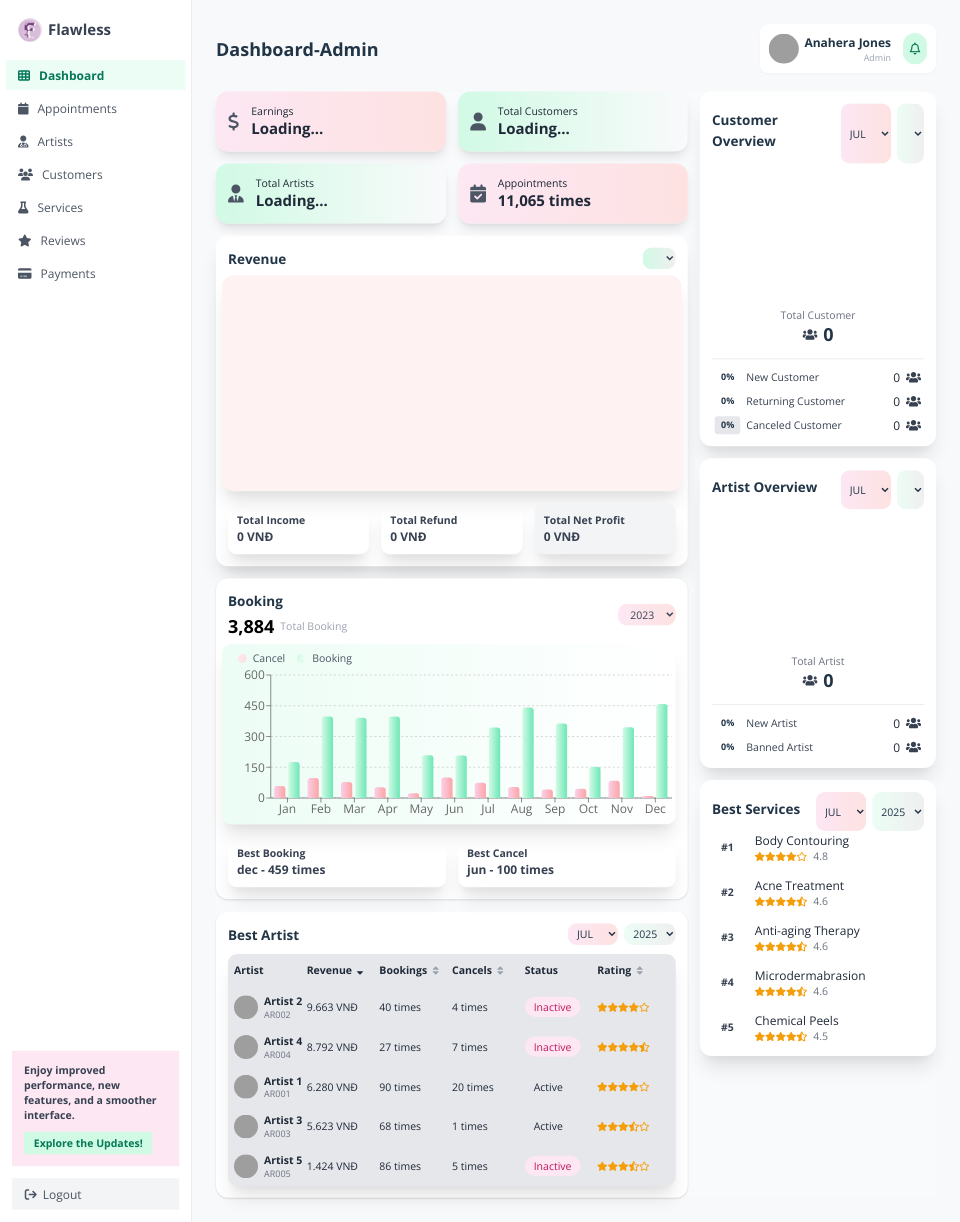
Repository: NguyenNgoQuangHoang/flawless
Page: /dashboard-admin
The author's editor kept a copy of each file at every save. The page is drawn from the files as they stood at one save, then again after the next save.
The browser window is 1280 px wide. The pictures show the whole page, at 75% of full size.
Pictures or frames that could not be fetched are drawn as grey boxes. The project was rebuilt for these pictures with package versions that can differ from the ones it lists, and the page was loaded fresh each time. Also part of the build but not shown: vite.config.ts, src/components/SearchFilterBar.tsx, src/components/CustomerTableRow.tsx, src/components/ItemsPerPageSelector.tsx, src/components/Pagination.tsx, src/components/CustomerTable.tsx, src/pages/Appointments.tsx, src/components/CustomerListTable.tsx and 17 more.

Above is the page before, as saved 2025-07-13 16:22:36.

### index.html
<!doctype html>
<html lang="en">
  <head>
    <meta charset="UTF-8" />
    <link rel="icon" type="image/svg+xml" href="/public/logo-flawless.png" />
    <meta name="viewport" content="width=device-width, initial-scale=1.0" />
    <title>Flawless</title>
    <link href="https://fonts.googleapis.com/css2?family=Allura&display=swap" rel="stylesheet">
    <link rel="stylesheet" href="https://fonts.googleapis.com/css2?family=Open+Sans:wght@400;700&display=swap" />
    <link rel="stylesheet" href="https://cdnjs.cloudflare.com/ajax/libs/font-awesome/6.5.0/css/all.min.css" />
  </head>
  <body>
    <div id="root"></div>
    <script type="module" src="/src/main.tsx"></script>
  </body>
</html>

### src/main.tsx
import { StrictMode } from 'react'
import { createRoot } from 'react-dom/client'
import './index.css'
import App from './App.tsx'
import { Provider } from 'react-redux'
import { store } from './redux/store'

createRoot(document.getElementById('root')!).render(
  <StrictMode>
    <Provider store={store}>
      <App />
    </Provider>
  </StrictMode>,
)

### src/index.css
/* Custom styles can be added below */
@import './styles/global.css';
@tailwind base;
@tailwind components;
@tailwind utilities;


body {
  margin: 0;
  padding: 0;
  width: 100vw;
  min-height: 100vh;
  overflow-x: hidden;
  font-family: 'Open Sans', system-ui, sans-serif;
  background: #f8f9fa;
}

:root {
  color-scheme: light dark;
  color: rgba(255, 255, 255, 0.87);
  background-color: #242424;

  font-synthesis: none;
  text-rendering: optimizeLegibility;
  -webkit-font-smoothing: antialiased;
  -moz-osx-font-smoothing: grayscale;
}

a {
  font-weight: 500;
  color: #646cff;
  text-decoration: inherit;
}
a:hover {
  color: #535bf2;
}

h1 {
  font-size: 3.2em;
  line-height: 1.1;
}

button {
  border-radius: 8px;
  border: 1px solid transparent;
  padding: 0.6em 1.2em;
  font-size: 1em;
  font-weight: 500;
  font-family: inherit;
  background-color: #1a1a1a;
  cursor: pointer;
  transition: border-color 0.25s;
}
button:hover {
  border-color: #646cff;
}
button:focus,
button:focus-visible {
  outline: 4px auto -webkit-focus-ring-color;
}

@media (prefers-color-scheme: light) {
  :root {
    color: #213547;
    background-color: #ffffff;
  }
  a:hover {
    color: #747bff;
  }
  button {
    background-color: #f9f9f9;
  }
}

### src/redux/store.ts
import { configureStore } from "@reduxjs/toolkit";
import { persistStore, persistReducer } from "redux-persist";
import storage from "redux-persist/lib/storage"; // localStorage
import searchReducer from "./slices/searchSlice";
import revenueReducer from "./slices/revenueSlice";
import bookingReducer from "./slices/bookingSlice";
import bestArtistReducer from "./slices/bestArtistSlice";
import bestServiceReducer from "./slices/bestServiceSlice";
import customerReducer from "./slices/customerSlice";
import artistReducer from "./slices/artistSlice";
import reviewReducer from "./slices/reviewSlice";
import appointmentReducer from "./slices/appointmentSlice";
import artistListReducer from "./slices/artistListSlice";
import customerListReducer from "./slices/customerListSlice";
import authReducer from "./slices/authSlice";

const persistConfig = {
	key: "root",
	storage,
	whitelist: ["artistList", "auth"], // persist these reducers
};

const persistedArtistReducer = persistReducer(persistConfig, artistListReducer);
const persistedAuthReducer = persistReducer(persistConfig, authReducer);

export const store = configureStore({
	reducer: {
		search: searchReducer,
		revenue: revenueReducer,
		booking: bookingReducer,
		bestArtist: bestArtistReducer,
		bestService: bestServiceReducer,
		customer: customerReducer,
		artist: artistReducer,
		review: reviewReducer,
		appointment: appointmentReducer,
		artistList: persistedArtistReducer,
		customerList: customerListReducer,
		auth: persistedAuthReducer,
	},
	middleware: (getDefaultMiddleware) =>
		getDefaultMiddleware({
			serializableCheck: false,
		}),
});

export type RootState = ReturnType<typeof store.getState>;
export type AppDispatch = typeof store.dispatch;
export const persistor = persistStore(store);

### src/styles/global.css
/* Global styles */
* {
  margin: 0;
  padding: 0;
  box-sizing: border-box;
}

body {
  font-family: 'Open Sans', system-ui, -apple-system, BlinkMacSystemFont, 'Segoe UI', Roboto, Oxygen, Ubuntu, Cantarell, 'Helvetica Neue', sans-serif;
  -webkit-font-smoothing: antialiased;
  -moz-osx-font-smoothing: grayscale;
}

### src/components/Layout.tsx
// import Header from "./Header";
// import Sidebar from "./Sidebar";
// export default function Layout({ children }: { children: React.ReactNode }) {
//   return (
//     <div className="w-full max-w-[100vw] overflow-x-hidden">
//       <div className="flex min-h-screen bg-[#f8f9fa]">
//         <Sidebar/>
//         <main className="flex-1 p-2 sm:p-4 md:p-8 w-full max-w-[100vw] overflow-x-hidden">
//           <Header/>
//           {children}
//         </main>
//       </div>
//     </div>
//   )
// }

import { Outlet } from "react-router-dom";
import Header from "./Header";
import Sidebar from "./Sidebar";

export default function Layout() {
  return (
    <div className="w-full max-w-[100vw] overflow-x-hidden">
      <div className="flex min-h-screen bg-[#f8f9fa]">
        <Sidebar />
        <main className="flex-1 p-2 sm:p-4 md:p-8 w-full max-w-[100vw] overflow-x-hidden">
          <Header />
          <Outlet /> {/* Thay vì children */}
        </main>
      </div>
    </div>
  );
}

### src/pages/DashBoardAdminPage.tsx
import DashboardAdmin from "../components/DashboardAdmin";

export default function DashboardAdminPage() {
    return (
        <>
            <DashboardAdmin/>
        </>
    );
  }

### src/redux/slices/searchSlice.ts
import { createSlice } from '@reduxjs/toolkit';

interface SearchState {
  customerSearch: string;
  artistSearch: string;
  artistSearchReview: string;
  date: string;
}

// const today = new Date().toISOString().slice(0, 10);

const initialState: SearchState = {
  customerSearch: '',
  artistSearch: '',
  artistSearchReview: '',
  date: '',
};

const searchSlice = createSlice({
  name: 'search',
  initialState,
  reducers: {
    setCustomerSearch(state, action: { payload: string }) {
      state.customerSearch = action.payload;
    },
    setArtistSearch(state, action: { payload: string }) {
      state.artistSearch = action.payload;
    },
    setArtistSearchReview(state, action: { payload: string }) {
      state.artistSearchReview = action.payload;
    },
    setDate(state, action: { payload: string }) {
      state.date = action.payload;
    },
  },
});

export const { setCustomerSearch, setArtistSearch, setArtistSearchReview, setDate } = searchSlice.actions;
export default searchSlice.reducer;

### src/redux/slices/bookingSlice.ts
import { createSlice, createAsyncThunk } from "@reduxjs/toolkit";

export const fetchTotalBooking = createAsyncThunk(
  "booking/fetchTotalBooking",
  async () => {
    const res = await fetch("/api/totalBooking.json");
    if (!res.ok) throw new Error("Failed to fetch totalBooking.json");
    return await res.json();
  }
);

const bookingSlice = createSlice({
  name: "booking",
  initialState: {
    data: null as any, // instead of `null`
    loading: false,
    error: null as string | null,
  },
  reducers: {},
  extraReducers: (builder) => {
    builder
      .addCase(fetchTotalBooking.pending, (state) => {
        state.loading = true;
        state.error = null;
      })
      .addCase(fetchTotalBooking.fulfilled, (state, action) => {
        state.loading = false;
        state.data = action.payload;
      })
      .addCase(fetchTotalBooking.rejected, (state, action) => {
        state.loading = false;
        state.error = action.error.message || "Error fetching data";
      });
  },
});

export default bookingSlice.reducer;

### src/redux/slices/bestArtistSlice.ts
import { createSlice, createAsyncThunk } from "@reduxjs/toolkit";

export const fetchBestArtist = createAsyncThunk(
  "bestArtist/fetchBestArtist",
  async () => {
    const res = await fetch("/api/bestArtist.json");
    if (!res.ok) throw new Error("Failed to fetch bestArtist.json");
    return await res.json();
  }
);

const bestArtistSlice = createSlice({
  name: "bestArtist",
  initialState: {
    data: null as any, // instead of `null`
    loading: false,
    error: null as string | null,
  },
  reducers: {},
  extraReducers: (builder) => {
    builder
      .addCase(fetchBestArtist.pending, (state) => {
        state.loading = true;
        state.error = null;
      })
      .addCase(fetchBestArtist.fulfilled, (state, action) => {
        state.loading = false;
        state.data = action.payload;
      })
      .addCase(fetchBestArtist.rejected, (state, action) => {
        state.loading = false;
        state.error = action.error.message || "Error fetching data";
      });
  },
});

export default bestArtistSlice.reducer;

### src/redux/slices/bestServiceSlice.ts
import { createSlice, createAsyncThunk } from "@reduxjs/toolkit";

export const fetchBestService = createAsyncThunk(
  "bestService/fetchBestService",
  async () => {
    const res = await fetch("/api/bestService.json");
    if (!res.ok) throw new Error("Failed to fetch bestService.json");
    return await res.json();
  }
);

const bestServiceSlice = createSlice({
  name: "bestService",
  initialState: {
    data: null as any, // instead of `null`
    loading: false,
    error: null as string | null,
  },
  reducers: {},
  extraReducers: (builder) => {
    builder
      .addCase(fetchBestService.pending, (state) => {
        state.loading = true;
        state.error = null;
      })
      .addCase(fetchBestService.fulfilled, (state, action) => {
        state.loading = false;
        state.data = action.payload;
      })
      .addCase(fetchBestService.rejected, (state, action) => {
        state.loading = false;
        state.error = action.error.message || "Error fetching data";
      });
  },
});

export default bestServiceSlice.reducer;

### src/redux/slices/artistSlice.ts
import { createSlice, createAsyncThunk } from "@reduxjs/toolkit";

// Define interfaces for the API response
interface ArtistMonth {
  totalArtist: number;
  newArtist: number;
  banArtist: number;
}

interface ArtistYear {
  year: number;
  totalArtistPerYear: number;
  months: {
    [key: string]: ArtistMonth;
  };
}

interface ArtistData {
  totalArtistAllYear: number;
  perYear: ArtistYear[];
  isSuccess: boolean;
  errorMessage: string;
}

interface ArtistState {
  data: ArtistData | null;
  loading: boolean;
  error: string | null;
}

export const fetchTotalArtist = createAsyncThunk(
  "artist/fetchTotalArtist",
  async () => {
    const token = localStorage.getItem("token");
    if (!token) {
      throw new Error("No authentication token found");
    }

    const response = await fetch(
      "https://flawless-a2exc2hwcge8bbfz.canadacentral-01.azurewebsites.net/api/dashboard/get-total-artist",
      {
        headers: {
          accept: "*/*",
          Authorization: `Bearer ${token}`,
        },
      }
    );

    if (!response.ok) {
      throw new Error("Failed to fetch total artist data");
    }

    const data = await response.json();
    return data;
  }
);

const artistSlice = createSlice({
  name: "artist",
  initialState: {
    data: null,
    loading: false,
    error: null,
  } as ArtistState,
  reducers: {},
  extraReducers: (builder) => {
    builder
      .addCase(fetchTotalArtist.pending, (state) => {
        state.loading = true;
        state.error = null;
      })
      .addCase(fetchTotalArtist.fulfilled, (state, action) => {
        state.loading = false;
        state.data = action.payload;
      })
      .addCase(fetchTotalArtist.rejected, (state, action) => {
        state.loading = false;
        state.error = action.error.message || "Error fetching artist data";
      });
  },
});

export default artistSlice.reducer;

### src/redux/slices/reviewSlice.ts
// src/redux/slices/reviewSlice.ts
import { createSlice, createAsyncThunk } from "@reduxjs/toolkit";
import axios from "axios";

export interface Review {
  id: string;
  customer: {
    idCu: string;
    nameCu: string;
    avatar: string;
  };
  artist: {
    idAr: string;
    nameAr: string;
  };
  service: string;
  message: string;
  rating: number;
  datetime: string;
}

interface ReviewState {
  totalReview: Review[];
  loading: boolean;
  error: string | null;
}

const initialState: ReviewState = {
  totalReview: [],
  loading: false,
  error: null,
};

export const fetchTotalReview = createAsyncThunk("review/fetchTotalReview", async () => {
  const response = await axios.get("/api/totalReview.json");
  return response.data.totalReview as Review[];
});

const reviewSlice = createSlice({
  name: "review",
  initialState,
  reducers: {},
  extraReducers: (builder) => {
    builder
      .addCase(fetchTotalReview.pending, (state) => {
        state.loading = true;
        state.error = null;
      })
      .addCase(fetchTotalReview.fulfilled, (state, action) => {
        state.loading = false;
        state.totalReview = action.payload;
      })
      .addCase(fetchTotalReview.rejected, (state, action) => {
        state.loading = false;
        state.error = action.error.message || "Failed to fetch reviews.";
      });
  },
});

export default reviewSlice.reducer;

### src/redux/slices/appointmentSlice.ts
import { createSlice, createAsyncThunk } from '@reduxjs/toolkit';
import axios from 'axios';
export interface Appointment {
    idCus: string,
    nameCus: string,
    avatarCus: string,
    datetime: string,
    nameAr: string,
    service: string,
    status: string
  }
interface AppointmentState {
    totalAppointment: Appointment[];
    loading: boolean;
    error: string | null;
  }
const initialState: AppointmentState = {
    totalAppointment: [],
    loading: false,
    error: null,
  };
// Giả lập API call
export const fetchTotalAppointment = createAsyncThunk(
  'appointment/fetchTotalAppointment',
  async () => {
    const response = await axios.get('/api/totalAppointment.json'); // Đảm bảo file này nằm trong public/
    return response.data.totalAppointment as Appointment[];
  }
);

const totalAppointmentSlice = createSlice({
  name: 'appointment',
  initialState,
  reducers: {
    // Thêm reducer tùy chỉnh nếu cần
  },
  extraReducers: (builder) => {
    builder
      .addCase(fetchTotalAppointment.pending, (state) => {
        state.loading = true;
        state.error = null;
      })
      .addCase(fetchTotalAppointment.fulfilled, (state, action) => {
        state.loading = false;
        state.totalAppointment = action.payload;
      })
      .addCase(fetchTotalAppointment.rejected, (state, action) => {
        state.loading = false;
        state.error = action.error.message || "Failed to fetch reviews.";
      });
  },
});

export default totalAppointmentSlice.reducer;

### src/redux/slices/customerListSlice.ts
import { createSlice, createAsyncThunk } from "@reduxjs/toolkit";
import axios from "axios";
import type { CustomerItem, CustomerListState } from "../../types/CustomerItem";

const initialState: CustomerListState = {
	customerList: [],
	loading: false,
	error: null,
};

export const fetchCustomerList = createAsyncThunk(
	"customerList/fetchCustomerList",
	async () => {
		const response = await axios.get("/api/customerList.json");
        console.log("customerListSlice: " + response.data.customerList);
		return response.data.customerList as CustomerItem[];
	},
);

const customerListSlice = createSlice({
	name: "customerList",
	initialState,
	reducers: {},
	extraReducers: (builder) => {
		builder
			.addCase(fetchCustomerList.pending, (state) => {
				state.loading = true;
				state.error = null;
			})
			.addCase(fetchCustomerList.fulfilled, (state, action) => {
				state.loading = false;
				state.customerList = action.payload;
			})
			.addCase(fetchCustomerList.rejected, (state, action) => {
				state.loading = false;
				state.error = action.error.message || "Failed to fetch customerList.";
			});
	},
});

export default customerListSlice.reducer;

### src/components/Header.tsx
import UserMenu from "./UserMenu";
import { useLocation } from "react-router-dom";

export default function Header() {
  const { pathname } = useLocation();
  const label = pathname.split("/")[1] || "Appointments";
  return (
    <div className="flex flex-col sm:flex-row justify-between items-stretch sm:items-center mb-6">
      <h1 className="text-2xl font-bold capitalize">{label}</h1>
      <UserMenu/>
    </div>
  )
}

### src/components/Sidebar.tsx
import SidebarNavItem from "./SidebarNavItem";
import SidebarUpdateCard from "./SidebarUpdateCard";
const navItems = [
	// { icon: "fa-users", label: "Appointments", active: true },
	{ icon: "fa-table-cells", label: "Dashboard", path: "/dashboard-admin"},
	{ icon: "fa-calendar", label: "Appointments", path: "/appointments"},
	{ icon: "fa-user-md", label: "Artists", path: "/artists"},
	{ icon: "fa-users", label: "Customers", path: "/customers"},
	// { icon: "fa-syringe", label: "Surgery Schedule", path: "/surgery-schedule"},
	{ icon: "fa-flask", label: "Services", path: "/services"},
	{ icon: "fa-star", label: "Reviews", path: "/reviews"},
	{ icon: "fa-credit-card", label: "Payments", path: "/payments"},
	// { icon: "fa-message", label: "Messages", path: "/messages"},
];

export default function Sidebar() {
	return (
		<aside className="hidden md:flex w-64 bg-white border-r flex-col">
			<div className="flex items-center gap-2 px-6 py-6">
				<span className="w-8 h-8 bg-green-100 rounded-full flex items-center justify-center overflow-hidden">
					<img
						src="/public/logo-flawless.png"
						alt="Flawless Logo"
						className="w-full h-full object-cover rounded-full"
					/>
				</span>
				<span className="font-bold text-xl text-gray-700">Flawless</span>
			</div>
			<nav className="flex-1 px-2 space-y-1">
				{navItems.map((item) => (
					<SidebarNavItem key={item.label} {...item}/>
				))}
			</nav>
			<div className="p-4 mt-auto">
				<SidebarUpdateCard />
				<button className="flex items-center gap-2 w-full px-4 py-2 bg-gray-100 rounded-lg text-gray-600 hover:bg-gray-200 mt-2">
					<i className="fa-solid fa-arrow-right-from-bracket"></i> Logout
				</button>
			</div>
		</aside>
	);
}

### src/components/UserMenu.tsx
export default function UserMenu() {
  return (
    <div className="flex items-center gap-4 bg-white rounded-xl p-3 shadow-sm">
      <div className="flex items-center gap-2">
        <span className="w-10 h-10 rounded-full bg-gray-200 flex items-center justify-center">
          <img
            src="https://randomuser.me/api/portraits/women/44.jpg"
            alt="avatar"
            className="w-10 h-10 rounded-full object-cover"
          />
        </span>
        <div className="text-right">
          <div className="font-semibold">Anahera Jones</div>
          <div className="text-xs text-gray-400">Admin</div>
        </div>
      </div>
      <button className="bg-green-100 text-green-700 p-2 rounded-full">
        <i className="fa-regular fa-bell"></i>
      </button>
    </div>
  )
}

### src/components/SidebarNavItem.tsx
import { NavLink } from "react-router-dom";

interface SidebarNavItemProps {
  icon: string
  label: string
  // active?: boolean
  badge?: number
  regular?: boolean
  path: string
}

export default function SidebarNavItem({ icon, label, path, badge, regular}: SidebarNavItemProps) {
  const iconClass = `${regular ? 'fa-regular' : 'fa-solid'} ${icon}`
  return (
    <NavLink
      to={path}
      className={({ isActive }) =>
        `flex items-center gap-3 px-4 py-2 rounded-lg relative ${
          isActive
            ? "bg-green-50 text-green-700 font-semibold"
            : "text-gray-600 hover:bg-gray-100"
        }`
      }
    >
      <i className={iconClass}></i> {label}
      {badge && (
        <span className="absolute right-4 top-2 bg-red-400 text-white text-xs rounded-full px-2">
          {badge}
        </span>
      )}
    </NavLink>
  )
}

### src/components/SidebarUpdateCard.tsx
export default function SidebarUpdateCard() {
  return (
    <div className="bg-pink-100 rounded-lg p-4 text-sm text-gray-700 mb-4">
      <div className="font-semibold mb-1">
        Enjoy improved performance, new features, and a smoother interface.
      </div>
      <button className="bg-green-100 text-green-700 px-3 py-1 rounded-lg font-semibold mt-2">
        Explore the Updates!
      </button>
    </div>
  )
}

Loaded but not shown: public/api/bestArtist.json (1891 lines, source omitted); public/api/bestService.json (991 lines, source omitted); public/api/totalBooking.json (127 lines, source omitted); tailwind.config.js (37 lines, source omitted); src/components/DashboardAdmin.tsx (1194 lines, source omitted); src/redux/slices/authSlice.ts (129 lines, source omitted); src/redux/slices/revenueSlice.ts (97 lines, source omitted); src/redux/slices/customerSlice.ts (86 lines, source omitted); src/App.tsx (55 lines, source omitted); src/redux/slices/artistListSlice.ts (100 lines, source omitted)

After the next save:
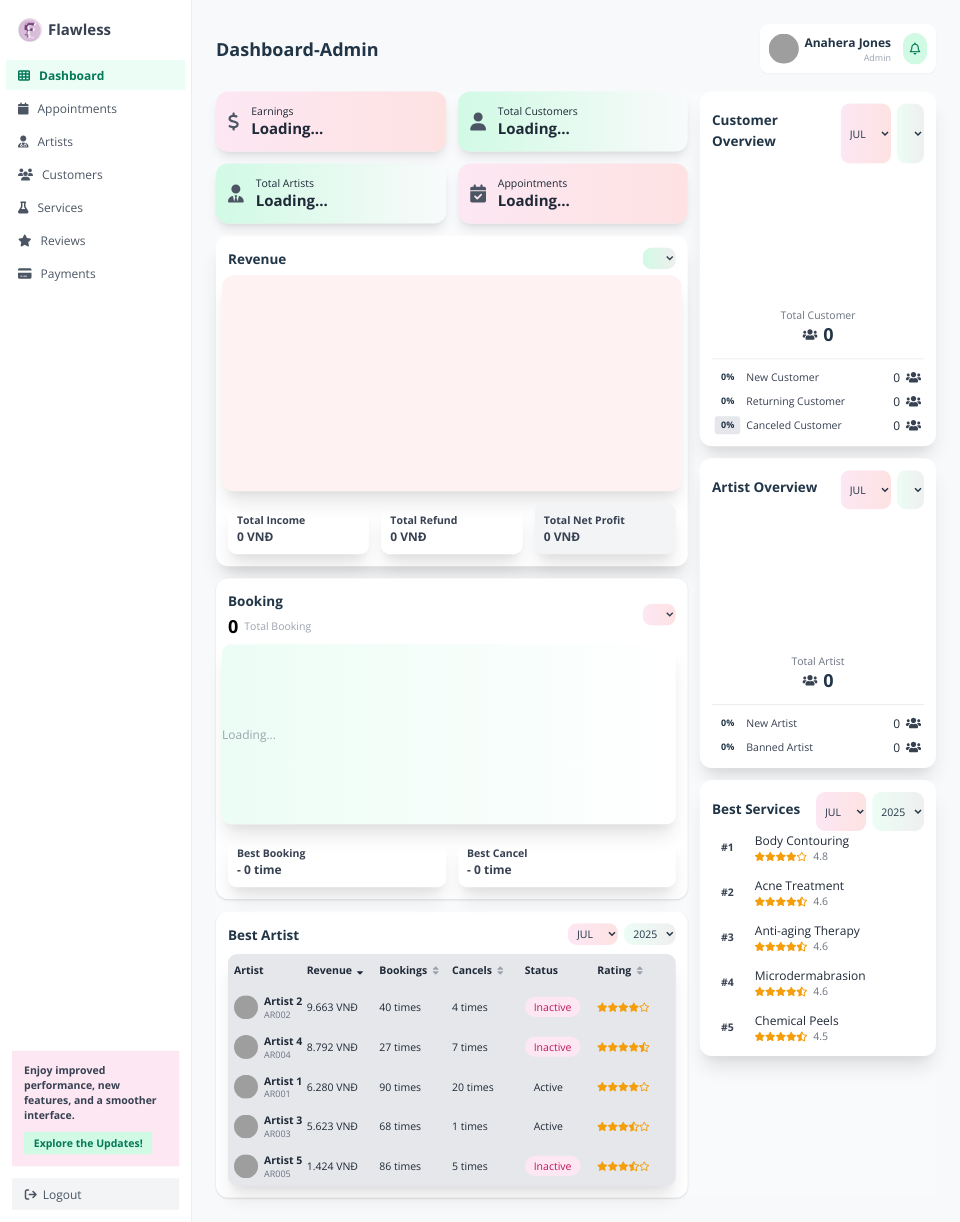
Saved 2 min 8 s later.
--- a/src/redux/slices/bookingSlice.ts
+++ b/src/redux/slices/bookingSlice.ts
@@ -1,21 +1,76 @@
 import { createSlice, createAsyncThunk } from "@reduxjs/toolkit";
+
+// Define interfaces for the API response
+interface BestBooking {
+  month: string;
+  booking: number;
+}
+
+interface BestCancel {
+  month: string;
+  cancel: number;
+}
+
+interface BookingYear {
+  year: number;
+  totalBookingPerYear: number;
+  bestBooking: BestBooking;
+  bestCancel: BestCancel;
+  booking: {
+    [key: string]: number;
+  };
+  cancel: {
+    [key: string]: number;
+  };
+}
+
+interface BookingData {
+  totalBookingAllYear: number;
+  perYear: BookingYear[];
+  isSuccess: boolean;
+  errorMessage: string;
+}
+
+interface BookingState {
+  data: BookingData | null;
+  loading: boolean;
+  error: string | null;
+}
 
 export const fetchTotalBooking = createAsyncThunk(
   "booking/fetchTotalBooking",
   async () => {
-    const res = await fetch("/api/totalBooking.json");
-    if (!res.ok) throw new Error("Failed to fetch totalBooking.json");
-    return await res.json();
+    const token = localStorage.getItem("token");
+    if (!token) {
+      throw new Error("No authentication token found");
+    }
+
+    const response = await fetch(
+      "https://flawless-a2exc2hwcge8bbfz.canadacentral-01.azurewebsites.net/api/dashboard/total-booking",
+      {
+        headers: {
+          accept: "*/*",
+          Authorization: `Bearer ${token}`,
+        },
+      }
+    );
+
+    if (!response.ok) {
+      throw new Error("Failed to fetch total booking data");
+    }
+
+    const data = await response.json();
+    return data;
   }
 );
 
 const bookingSlice = createSlice({
   name: "booking",
   initialState: {
-    data: null as any, // instead of `null`
+    data: null,
     loading: false,
-    error: null as string | null,
-  },
+    error: null,
+  } as BookingState,
   reducers: {},
   extraReducers: (builder) => {
     builder
@@ -29,7 +84,7 @@ const bookingSlice = createSlice({
       })
       .addCase(fetchTotalBooking.rejected, (state, action) => {
         state.loading = false;
-        state.error = action.error.message || "Error fetching data";
+        state.error = action.error.message || "Error fetching booking data";
       });
   },
 });
